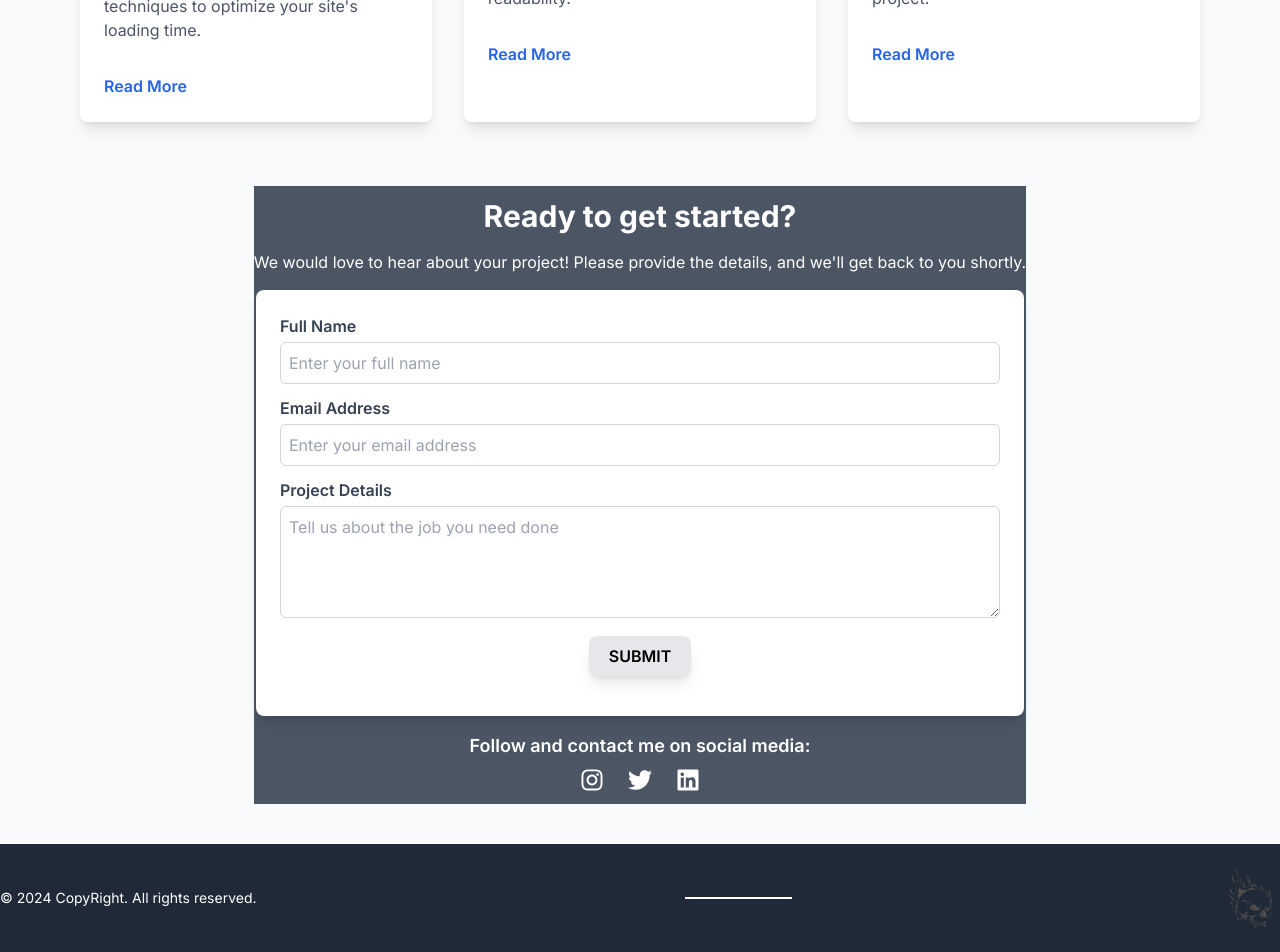
Repository: TheSecretlifeOfX/landing1
Page: /
An editor plug-in stored every save of this project. The page is shown before and after the next save, followed by the edit.
The browser window is 1280 px wide. The pictures show the part of the page from y = 3674 to 4626 px (the page is 4626 px tall before and 4618 px after).
The project was rebuilt for these pictures with package versions that can differ from the ones it lists, and the page was loaded fresh each time. The framework's server and built-in components were replaced by stand-ins that run in the browser. Also part of the build but not shown: next.config.js.

Above is the page before, as saved 2024-11-16 08:56:54.

### app/layout.tsx
import Link from 'next/link'
import './globals.css'
import type { Metadata } from 'next'
import { Inter } from 'next/font/google'

import Navbar from "@/app/components/Navbar";
import Footer from '@/app/components/Footer';


const inter = Inter({ subsets: ['latin'] })

export const metadata: Metadata = {
  title: 'Create Next App',
  description: 'Generated by create next app',
}

export default function RootLayout({
  children,
}: {
  children: React.ReactNode
}) {
  return (
    <html lang="en">
      <body className={inter.className}>
      <nav>
        <Navbar />
      </nav>
      {children}
      <footer>
        <Footer />
      </footer>
      </body>
    </html>
  )
}

### app/page.tsx
import HeroSection from "@/app/components/HeroSection";
import FeaturesSection from "@/app/components/FeaturesSection";
import CallToAction from "@/app/components/CallToAction";
import Service from "@/app/components/Service";
import Blog from "@/app/components/Blog";
// app/page.tsx
export default function Home() {
  return (
    <main className="flex flex-col items-center justify-center min-h-screen px-4 bg-gray-50">
      <HeroSection />
      <FeaturesSection />
      <Service />
      <Blog />
      <CallToAction />
    </main>
  );
}

### app/components/Navbar.tsx
// src/components/Navbar.tsx
import React from "react";
import Link from "next/link";
import Image from "next/image";

export default function Navbar() {
  return (
    <nav className="fixed top-0 left-0 w-full bg-gray-800 p-2 text-white shadow-md z-50">
      <div className="container mx-auto flex items-center">
        {/* Logo Section on the Left */}
        <div className="flex items-center mr-10 ml-[-50]">
          <Link href="/">
            <Image
              src="/Images/Logo.png"
              alt="MyBrand Logo"
              width={60}
              height={60}
              className="cursor-pointer"
              priority
            />
          </Link>
        </div>

        {/* Navigation Links Centered */}
        <ul className="flex space-x-4">
          <li>
            <a href="#hero" className="hover:text-gray-400">
              About Me
            </a>
          </li>
          <li>
            <a href="#features" className="hover:text-gray-400">
              Portfolio
            </a>
          </li>
          <li>
            <a href="#service" className="hover:text-gray-400">
              Services
            </a>
          </li>
          <li>
            <a href="#blog" className="hover:text-gray-400">
              Blog
            </a>
          </li>
        </ul>

        {/* "Book A Call" Button on the Right */}
        <ul className="flex items-center ml-auto">
  <li>
    <a
      href="#contact"
      className="flex items-center px-4 py-2 text-white font-semibold rounded-lg hover:bg-gray-700 transition duration-300 underline"
    >
      Book A Call
      <svg
        xmlns="http://www.w3.org/2000/svg"
        viewBox="0 0 24 24"
        fill="none"
        stroke="currentColor"
        strokeWidth="2"
        className="w-5 h-5 ml-2"
      >
        <path
          d="M7 17L17 7M7 7h10v10"
          strokeLinecap="round"
          strokeLinejoin="round"
        />
      </svg>
    </a>
  </li>
</ul>
      </div>
    </nav>
  );
}

### app/components/Footer.tsx
import React from 'react';
import Image from 'next/image';

export default function Footer() {
  return (
    <footer className="bg-gray-800 text-white py-6">
      <div className="container mx-auto flex justify-between items-center">
        {/* Copyright Notice on the Left */}
        <div className="text-sm">
          <p>&copy; 2024 CopyRight. All rights reserved.</p>
        </div>

        {/* Double Line Divider */}
        <div className="w-1/12 border-t-2 border-white mx-4"></div> {/* Double Line Divider */}

        {/* Logo on the Right */}
        <div>
          <Image
            src="/Images/Logo.png"
            alt="Logo"
            width={60}
            height={60}
            className="cursor-pointer"
          />
        </div>
      </div>
    </footer>
  );
}

### app/components/HeroSection.tsx
// components/HeroSection.tsx
export default function HeroSection() {
  return (
    <section
      id="hero"
      className="w-full py-32 bg-white-600 text-gray-600 flex flex-col items-center justify-center mt-20"
    >
      <h1 className="text-5xl font-bold mb-8">About Me</h1>
      <p className="text-xl mb-12 max-w-3xl text-center">
        I'm a passionate web developer who builds modern, responsive websites with Next.js and other cutting-edge technologies.
      </p>

      {/* About Me Cards */}
      <div className="grid grid-cols-1 sm:grid-cols-2 lg:grid-cols-3 gap-8 px-4">
        {/* Card 1 - Bio */}
        <div className="bg-gray-400 text-black-600 rounded-lg shadow-lg p-6 hover:shadow-xl transition duration-300">
          <h3 className="text-2xl font-semibold mb-4">Bio</h3>
          <p className="text-lg">
            I'm a self-taught developer with a passion for learning and building. With a strong foundation in JavaScript and React, I enjoy turning ideas into functional and beautiful websites.
          </p>
        </div>

        {/* Card 2 - Skills */}
        <div className="bg-gray-400 text-black-600 rounded-lg shadow-lg p-6 hover:shadow-xl transition duration-300">
          <h3 className="text-2xl font-semibold mb-4">Skills</h3>
          <ul className="text-lg list-disc pl-5">
            <li>JavaScript / TypeScript</li>
            <li>React / Next.js</li>
            <li>HTML & CSS</li>
            <li>Node.js</li>
            <li>Tailwind CSS</li>
          </ul>
        </div>

        {/* Card 3 - Experience */}
        <div className="bg-gray-400 text-black-600 rounded-lg shadow-lg p-6 hover:shadow-xl transition duration-300">
          <h3 className="text-2xl font-semibold mb-4">Experience</h3>
          <p className="text-lg">
            Over the past 3 years, I have worked on various web development projects, building both front-end and back-end solutions. My experience spans across freelancing, contributing to open-source, and working in teams.
          </p>
        </div>
      </div>
    </section>
  );
}

### app/components/FeaturesSection.tsx
// components/FeaturesSection.tsx
export default function FeaturesSection() {
  return (
    <section id="features" className="py-16 bg-gray-50">
      <div className="max-w-6xl mx-auto px-4">
        <h2 className="text-3xl font-bold text-center mb-12">My Portfolio</h2>
        <div className="grid grid-cols-1 sm:grid-cols-2 lg:grid-cols-3 gap-8">
          {/* Project 1 */}
          <Project
            title="Project One"
            description="A modern website built with React and Next.js."
            imageSrc="/path/to/image1.jpg"
            link="#"
          />
          {/* Project 2 */}
          <Project
            title="Project Two"
            description="E-commerce site with full payment integration."
            imageSrc="/path/to/image2.jpg"
            link="#"
          />
          {/* Project 3 */}
          <Project
            title="Project Three"
            description="A mobile app interface designed with Flutter."
            imageSrc="/path/to/image3.jpg"
            link="#"
          />
          {/* Project 4 */}
          <Project
            title="Project Four"
            description="A personal blog with SEO optimization and markdown support."
            imageSrc="/path/to/image4.jpg"
            link="#"
          />
          {/* Project 5 */}
          <Project
            title="Project Five"
            description="A portfolio website with smooth animations."
            imageSrc="/path/to/image5.jpg"
            link="#"
          />
          {/* Project 6 */}
          <Project
            title="Project Six"
            description="A social networking app with real-time messaging."
            imageSrc="/path/to/image6.jpg"
            link="#"
          />
        </div>
      </div>
    </section>
  );
}

function Project({
  title,
  description,
  imageSrc,
  link,
}: {
  title: string;
  description: string;
  imageSrc: string;
  link: string;
}) {
  return (
    <div className="bg-white rounded-lg shadow-lg overflow-hidden">
      <img src={imageSrc} alt={title} className="w-full h-48 object-cover" />
      <div className="p-6">
        <h3 className="text-xl font-semibold mb-2">{title}</h3>
        <p className="text-gray-600 mb-4">{description}</p>
        <a
          href={link}
          className=" text-blue-600 hover:text-blue-800 font-semibold flex items-center"
        >
          View Project
          <svg
            xmlns="http://www.w3.org/2000/svg"
            viewBox="0 0 24 24"
            fill="none"
            stroke="currentColor"
            strokeWidth="2"
            className="w-5 h-5 ml-2 transform rotate-45"
          >
            <path
              d="M7 17L17 7M7 7h10v10"
              strokeLinecap="round"
              strokeLinejoin="round"
            />
          </svg>
        </a>
      </div>
    </div>
  );
}

### app/components/CallToAction.tsx
import React from 'react';
import { FaInstagram, FaTwitter, FaLinkedin } from 'react-icons/fa'; // Import icons from react-icons

export default function CallToAction() {
  return (
    <section id="contact" className="py-3 text-center bg-gray-600 text-white mb-10">
      <h2 className="text-3xl font-bold mb-4">Ready to get started?</h2>
      <p className="mb-4">We would love to hear about your project! Please provide the details, and we'll get back to you shortly.</p>

      {/* Contact Form */}
      <form className="max-w-3xl mx-auto bg-white p-6 rounded-lg shadow-lg">
        <div className="mb-3">
          <label htmlFor="name" className="block text-left text-gray-700 font-semibold mb-1">Full Name</label>
          <input
            type="text"
            id="name"
            name="name"
            placeholder="Enter your full name"
            className="w-full p-2 border border-gray-300 rounded-md"
            required
          />
        </div>

        <div className="mb-3">
          <label htmlFor="email" className="block text-left text-gray-700 font-semibold mb-1">Email Address</label>
          <input
            type="email"
            id="email"
            name="email"
            placeholder="Enter your email address"
            className="w-full p-2 border border-gray-300 rounded-md"
            required
          />
        </div>

        <div className="mb-3">
          <label htmlFor="job-details" className="block text-left text-gray-700 font-semibold mb-1">Project Details</label>
          <textarea
            id="job-details"
            name="job-details"
            placeholder="Tell us about the job you need done"
            className="w-full p-2 border border-gray-300 rounded-md h-28"
            required
          />
        </div>

        <div className="mb-4">
          <button type="submit" className="px-5 py-2 bg-gray-200 text-black font-semibold rounded-lg shadow-lg hover:bg-gray-400">
            SUBMIT
          </button>
        </div>
      </form>

      {/* Social Media Links with Icons */}
      <div className="mt-4">
        <p className="text-lg font-semibold">Follow and contact me on social media:</p>
        <div className="flex justify-center space-x-6 mt-2">
          <a
            href="https://instagram.com"
            target="_blank"
            rel="noopener noreferrer"
            className="text-white hover:text-gray-200 transition-colors"
          >
            <FaInstagram className="w-6 h-6" />
          </a>
          <a
            href="https://twitter.com"
            target="_blank"
            rel="noopener noreferrer"
            className="text-white hover:text-gray-200 transition-colors"
          >
            <FaTwitter className="w-6 h-6" />
          </a>
          <a
            href="https://linkedin.com"
            target="_blank"
            rel="noopener noreferrer"
            className="text-white hover:text-gray-200 transition-colors"
          >
            <FaLinkedin className="w-6 h-6" />
          </a>
        </div>
      </div>
    </section>
  );
}

### app/components/Blog.tsx
import React from 'react';

export default function Blog() {
  return (
    <section id="blog" className="py-16 bg-gray-50">
      <div className="max-w-6xl mx-auto px-4">
        <h2 className="text-3xl font-bold text-center mb-12">Latest Blog Posts</h2>
        <div className="grid grid-cols-1 sm:grid-cols-2 lg:grid-cols-3 gap-8">
          {/* Blog Post 1 */}
          <div className="bg-white rounded-lg shadow-lg overflow-hidden transform transition-transform hover:scale-105 hover:rotate-3">
            <img src="/path/to/image1.jpg" alt="Blog Image 1" className="w-full h-48 object-cover" />
            <div className="p-6">
              <h3 className="text-2xl font-semibold mb-4">The Future of Web Design</h3>
              <p className="text-gray-600 mb-4">
                Web design is evolving rapidly. In this post, we explore how artificial intelligence, machine learning, and other cutting-edge technologies are shaping the future of web design.
              </p>
              <a
                href="#"
                className="text-blue-600 font-semibold hover:text-blue-800 inline-block mt-4"
              >
                Read More
              </a>
            </div>
          </div>

          {/* Blog Post 2 */}
          <div className="bg-white rounded-lg shadow-lg overflow-hidden transform transition-transform hover:scale-105 hover:rotate-3">
            <img src="/path/to/image2.jpg" alt="Blog Image 2" className="w-full h-48 object-cover" />
            <div className="p-6">
              <h3 className="text-2xl font-semibold mb-4">10 Tips for a Stunning Portfolio Website</h3>
              <p className="text-gray-600 mb-4">
                A portfolio website is often the first impression clients will have of you. Here are 10 tips that will help you create a portfolio that stands out and makes a lasting impact.
              </p>
              <a
                href="#"
                className="text-blue-600 font-semibold hover:text-blue-800 inline-block mt-4"
              >
                Read More
              </a>
            </div>
          </div>

          {/* Blog Post 3 */}
          <div className="bg-white rounded-lg shadow-lg overflow-hidden transform transition-transform hover:scale-105 hover:rotate-3">
            <img src="/path/to/image3.jpg" alt="Blog Image 3" className="w-full h-48 object-cover" />
            <div className="p-6">
              <h3 className="text-2xl font-semibold mb-4">How to Choose the Right Color Scheme for Your Website</h3>
              <p className="text-gray-600 mb-4">
                Choosing the right color scheme can make or break your website's design. Learn how to choose colors that align with your brand and improve the user experience.
              </p>
              <a
                href="#"
                className="text-blue-600 font-semibold hover:text-blue-800 inline-block mt-4"
              >
                Read More
              </a>
            </div>
          </div>

          {/* Blog Post 4 */}
          <div className="bg-white rounded-lg shadow-lg overflow-hidden transform transition-transform hover:scale-105 hover:rotate-3">
            <img src="/path/to/image4.jpg" alt="Blog Image 4" className="w-full h-48 object-cover" />
            <div className="p-6">
              <h3 className="text-2xl font-semibold mb-4">Why Website Speed is Crucial for User Experience</h3>
              <p className="text-gray-600 mb-4">
                A slow website can lead to high bounce rates. In this article, we discuss the importance of website speed and share techniques to optimize your site's loading time.
              </p>
              <a
                href="#"
                className="text-blue-600 font-semibold hover:text-blue-800 inline-block mt-4"
              >
                Read More
              </a>
            </div>
          </div>

          {/* Blog Post 5 */}
          <div className="bg-white rounded-lg shadow-lg overflow-hidden transform transition-transform hover:scale-105 hover:rotate-3">
            <img src="/path/to/image5.jpg" alt="Blog Image 5" className="w-full h-48 object-cover" />
            <div className="p-6">
              <h3 className="text-2xl font-semibold mb-4">The Role of Typography in Web Design</h3>
              <p className="text-gray-600 mb-4">
                Typography is one of the most overlooked aspects of web design. Discover how to choose the right fonts for your website and improve readability.
              </p>
              <a
                href="#"
                className="text-blue-600 font-semibold hover:text-blue-800 inline-block mt-4"
              >
                Read More
              </a>
            </div>
          </div>

          {/* Blog Post 6 */}
          <div className="bg-white rounded-lg shadow-lg overflow-hidden transform transition-transform hover:scale-105 hover:rotate-3">
            <img src="/path/to/image6.jpg" alt="Blog Image 6" className="w-full h-48 object-cover" />
            <div className="p-6">
              <h3 className="text-2xl font-semibold mb-4">Understanding User-Centered Design</h3>
              <p className="text-gray-600 mb-4">
                User-centered design is at the heart of great user experiences. This post explains what it is and how you can implement it in your next web design project.
              </p>
              <a
                href="#"
                className="text-blue-600 font-semibold hover:text-blue-800 inline-block mt-4"
              >
                Read More
              </a>
            </div>
          </div>
        </div>
      </div>
    </section>
  );
}

Loaded but not shown: app/globals.css (common file); tailwind.config.js (common file); app/components/Service.tsx (156 lines, source omitted)

After the next save:
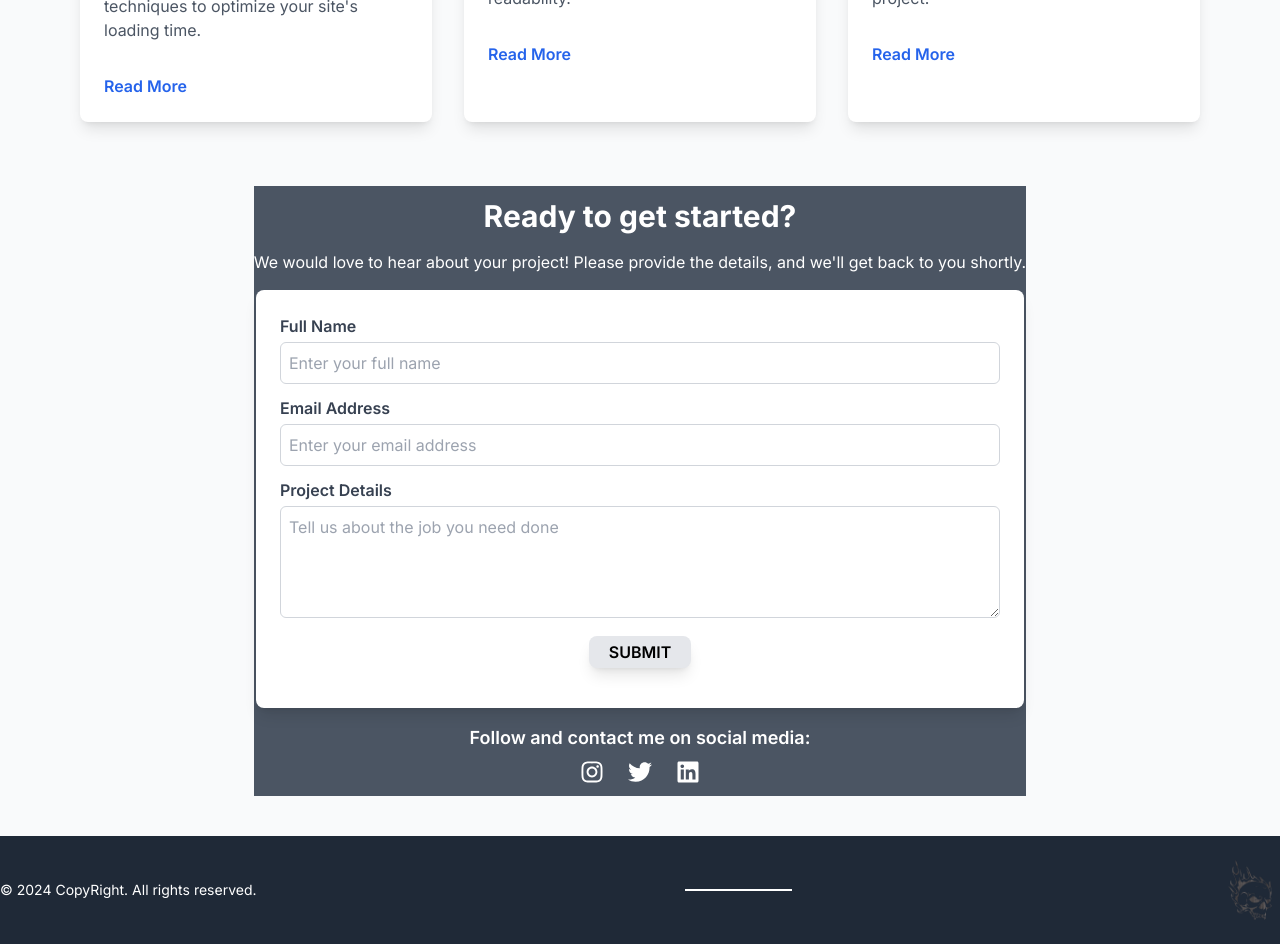
Saved 8 s later.
--- a/app/components/CallToAction.tsx
+++ b/app/components/CallToAction.tsx
@@ -45,7 +45,7 @@ export default function CallToAction() {
         </div>
 
         <div className="mb-4">
-          <button type="submit" className="px-5 py-2 bg-gray-200 text-black font-semibold rounded-lg shadow-lg hover:bg-gray-400">
+          <button type="submit" className="px-5 py-1 bg-gray-200 text-black font-semibold rounded-lg shadow-lg hover:bg-gray-400">
             SUBMIT
           </button>
         </div>
